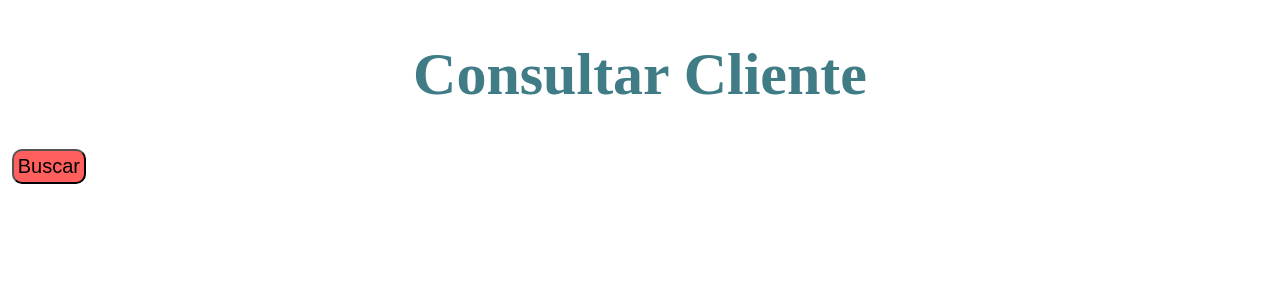
Repository: MCamilaM/app-web-register
Page: http://localhost/consultClient
The author's editor kept a record of every edit. The page is drawn from the files as they stood at one moment, then again after the next edit.
The browser window is 1280 px wide. The pictures show the whole page.
The page is served by the project's application, run on Flask 3 (server.py). Other server files are loaded and not shown.

Above is the page before.

### templates/consultClient.html
<!DOCTYPE html>
<html>
    <head>
        <meta http-equiv="content-type" content="text/html; charset=utf-8" />
        <title>Web App</title>
        <link rel="stylesheet" href="../static/css/styleConsult.css" type="text/css" media="all" />
        <script src="../static/js/appConsult.js" type="text/javascript" charset="utf-8"></script>
    </head>
    <body>
    <h1>Consultar Cliente</h1>
      <form action="/register_user" method="post">

         <button type="submit">Buscar</button>
      </form>
</body>
</html>

### controller/control.py
from flask import Flask, request, redirect, url_for, render_template, jsonify
from database.db import *
from entities.client import Client
import html
import json

def home_page_ctrl():
    return render_template("home.html")

def register_page_ctrl():
    return render_template("register.html")

def register_user_ctrl():
    dni = request.form["dni"]
    typeDocument = request.form["typeDocument"]
    name = request.form["name"]
    lastname = request.form["lastname"]
    address = request.form["address"]
    phoneNumber = request.form["phoneNumber"]
    email = request.form["email"]

    client = Client(dni, typeDocument, name, lastname, address, phoneNumber, email)

    try:
        save_client(client)
        message = "Cliente registrado exitosamente"
    except Error as e:
        message = f"Fallo al registrar cliente: {e}"

    return redirect(url_for('list_clients', message=message))

def consult_clients_ctrl():
    clients = get_clients()
    print(clients)
    message = request.args.get('message')
    print(message)
    # Generar la tabla HTML
    tabla = ""
    if message is not None:
        tabla += f"<script> alert('{message}'); </script>"

    tabla += f"<h1>Lista de Clientes</h1> <table border='1'><tr><th>ID</th><th>DNI</th><th>Tipo de Documento</th><th>Nombre</th><th>Apellido</th><th>Dirección</th><th>Número de Teléfono</th><th>Correo Electrónico</th></tr>"
    for client in clients:
        tabla += f"<tr><td>{client[0]}</td><td>{html.escape(client[1])}</td><td>{html.escape(client[2])}</td><td>{html.escape(client[3])}</td><td>{html.escape(client[4])}</td><td>{html.escape(client[5])}</td><td>{html.escape(client[6])}</td><td>{html.escape(client[7])}</td></tr>"

    tabla += "</table>"

    return tabla

def consult_client_ctrl():
    return render_template("consultClient.html")

def get_client_id_ctrl():

    data = request.get_json()
    dni = data['dni']

    if not dni:
        return "No se proporcionó el DNI"

    result = get_client_id(dni)

    if result:

        # client = Client(
        #     dni=result['DNI'],
        #     typeDocument=result['typeDocument'],
        #     name=result['name'],
        #     lastname=result['lastname'],
        #     address=result['address'],
        #     phoneNumber=result['phoneNumber'],
        #     email=result['email']
        # )


        dni= result[0]
        print("dfdfsdf")
        print(dni)


    if result:
        return jsonify({"cliente": result})
    else:
        return jsonify({"error": "Cliente no encontrado"})

### routes/route.py
from controller.control import *
from server import app

@app.route("/")
def home():
    return home_page_ctrl()

@app.route("/register_page")
def register_page():
    return register_page_ctrl()

@app.route("/register_user", methods=["post"])
def register_user():
    return register_user_ctrl()

@app.route("/clients", methods=["GET"])
def list_clients():
    return consult_clients_ctrl()

@app.route("/consultClient", methods=["get"])
def consult_client():
    return consult_client_ctrl()

@app.route("/consultClientId", methods=["post"])
def consult_client_id():
    return get_client_id_ctrl()

### server.py
from flask import Flask, request, redirect, url_for, render_template

app = Flask(__name__)

from routes.route import *

if __name__ == "__main__":
    host = "127.0.0.1"
    port = "80"
    app.run(host, port)

### static/css/styleConsult.css
h1 {
    text-align: center;
    font-size: 60px;
    color: #3F7C85;
}

button {
    font-size: 20px;
    background-color: #FF5F5D;
    color: black;
    border-radius: 10px;
    padding: 4px;
    margin-left: 0.3%;
    margin-right: 0.3%;
}

.consult {
    text-align: center;
    justify-content: center;
    display: flex;
    align-items: center;
}

.input-group {
    display: flex;
    align-items: center;
}

.input-group input {
    margin-right: 10px; /* Ajusta el espacio entre el input y el botón */
}

.cliente-info {
    justify-content: center;
    text-align: center;
    background-color: #f0f0f0; /* Color de fondo gris claro */
    border-radius: 10px; /* Bordes redondeados */
    padding: 20px; /* Espacio interior del div */
    box-shadow: 0 4px 8px rgba(0, 0, 0, 0.1); /* Sombra para darle un efecto de tarjeta */
    width: 300px; /* Ancho de la tarjeta */
    max-width: 90%; /* Asegura que no se salga de la pantalla en dispositivos pequeños */
}

### static/js/appConsult.js
function consult_client_id(){

    let dni_client = document.getElementById("dni").value

    let obj_client = {
        "dni": dni_client
    }

    fetch("/consultClientId" , {
        "method":"post",
        "headers": {"Content-Type":"application/json"},
        "body": JSON.stringify(obj_client)
    })
    .then(resp => resp.json())
    .then(data =>{
        alert(data)
    })
    .catch()
}

After the next edit:
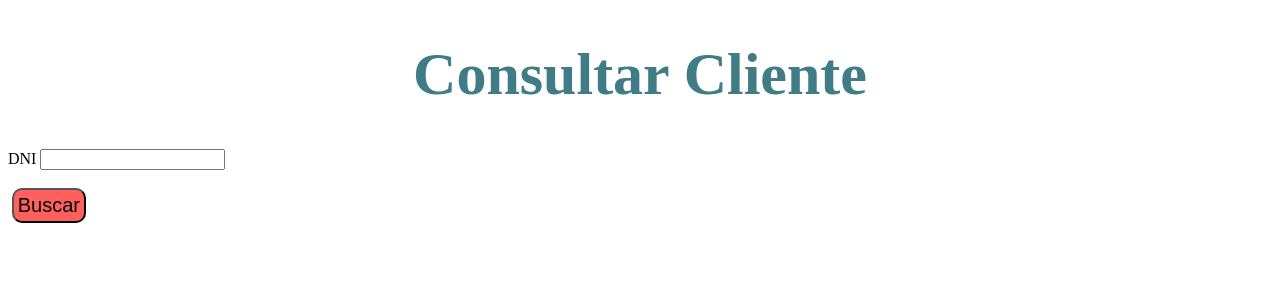
The edit:
--- a/templates/consultClient.html
+++ b/templates/consultClient.html
@@ -10,6 +10,9 @@
     <h1>Consultar Cliente</h1>
       <form action="/register_user" method="post">
 
+        <label for="dni">DNI</label>
+        <input type="number" id="dni" name="dni" required/><br><br>
+
          <button type="submit">Buscar</button>
       </form>
 </body>
